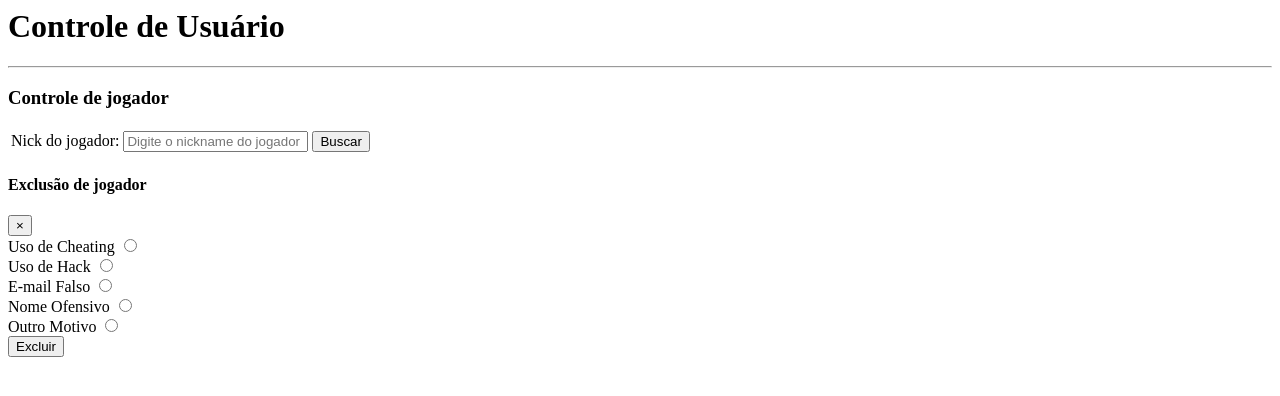
Repository: cavrau/workspaceTbog
Page: the Battle for Gondria/WebContent/system/admin/controle.html
These files come from the project's save history. The page is drawn as it stood at one moment and after the next save; the edit follows.
The browser window is 1280 px wide. The pictures show the whole page.

Above is the page before, as saved 2018-08-16 17:44:10.
Console error: ReferenceError: consultaUsuario is not defined

After the next save:
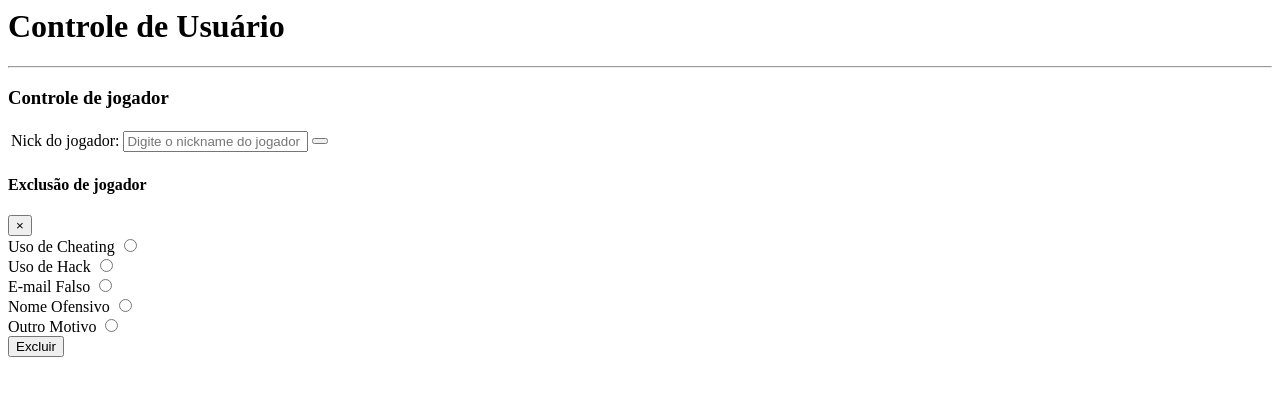
Saved 3 min 14 s later.
--- a/the Battle for Gondria/WebContent/system/admin/controle.html
+++ b/the Battle for Gondria/WebContent/system/admin/controle.html
@@ -15,7 +15,7 @@
             <input type="text" name="txt_consultar" id="input_consultar" placeholder="Digite o nickname do jogador">
           </td>
           <td>
-            <input type="button" name="btn_buscar" onclick="javascript:carregaDados('controle')" class="btn btn-primary" value="Buscar">
+            <button type="button" name="btn_buscar" onclick="javascript:carregaDados('controle')" class="btn btn-primary" value="Buscar">
           </td>
         </tr>
       </tbody>

After the save that followed:
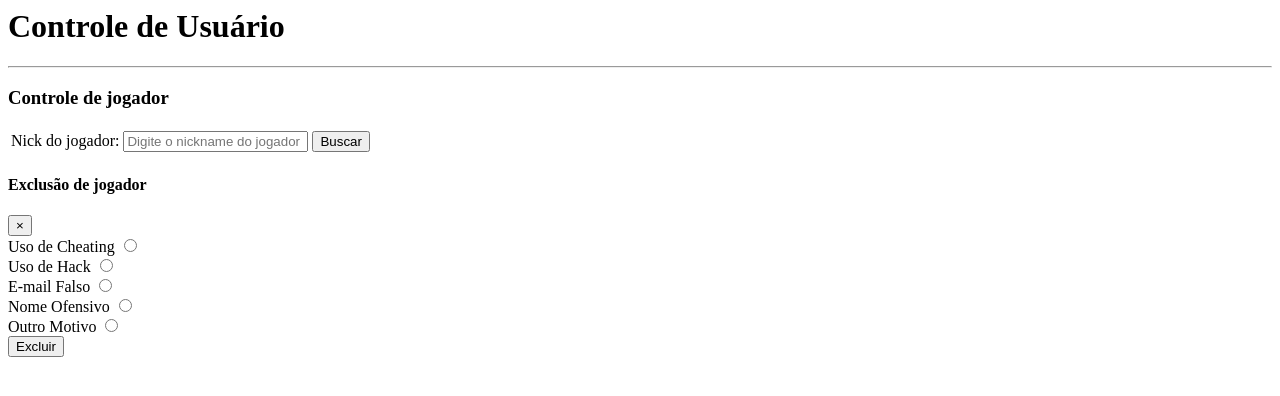
Saved 11 s later.
--- a/the Battle for Gondria/WebContent/system/admin/controle.html
+++ b/the Battle for Gondria/WebContent/system/admin/controle.html
@@ -15,7 +15,7 @@
             <input type="text" name="txt_consultar" id="input_consultar" placeholder="Digite o nickname do jogador">
           </td>
           <td>
-            <button type="button" name="btn_buscar" onclick="javascript:carregaDados('controle')" class="btn btn-primary" value="Buscar">
+            <button type="button" name="btn_buscar" onclick="javascript:carregaDados('controle')" class="btn btn-primary" >Buscar</button>
           </td>
         </tr>
       </tbody>
